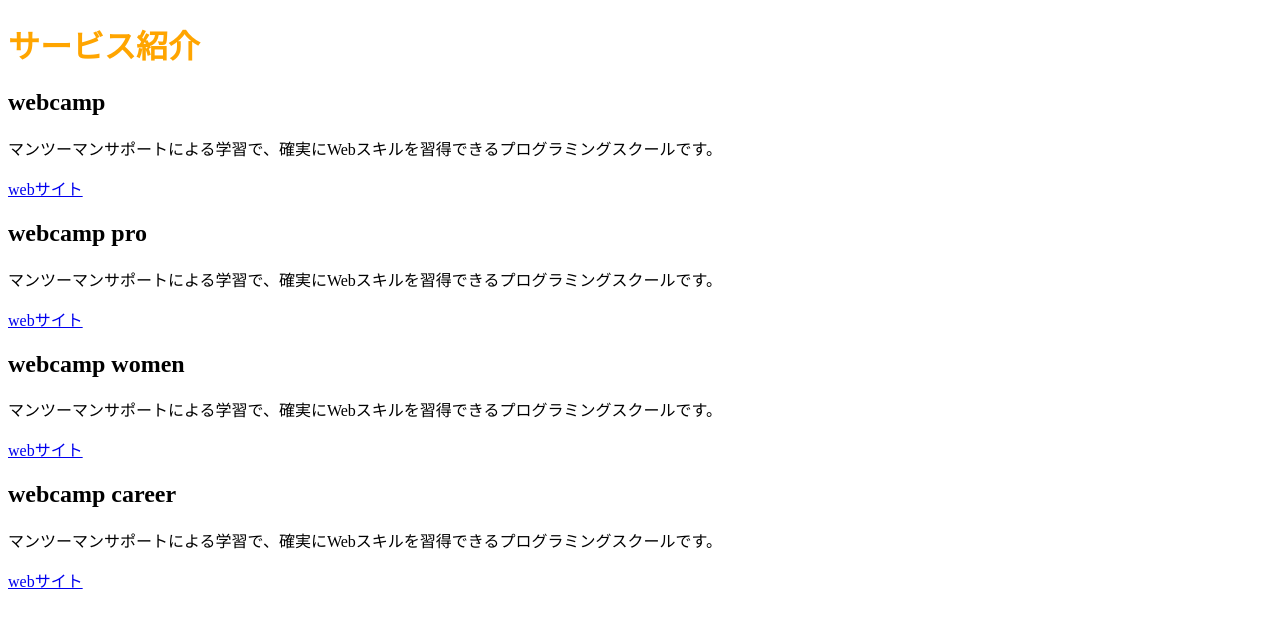
Repository: 220416/kadai1
Page: sample/chapter2Execise.html
The author's editor kept a record of every edit. The page is drawn from the files as they stood at one moment, then again after the next edit.
The browser window is 1280 px wide. The pictures show the whole page.

Above is the page before.

After the next edit:
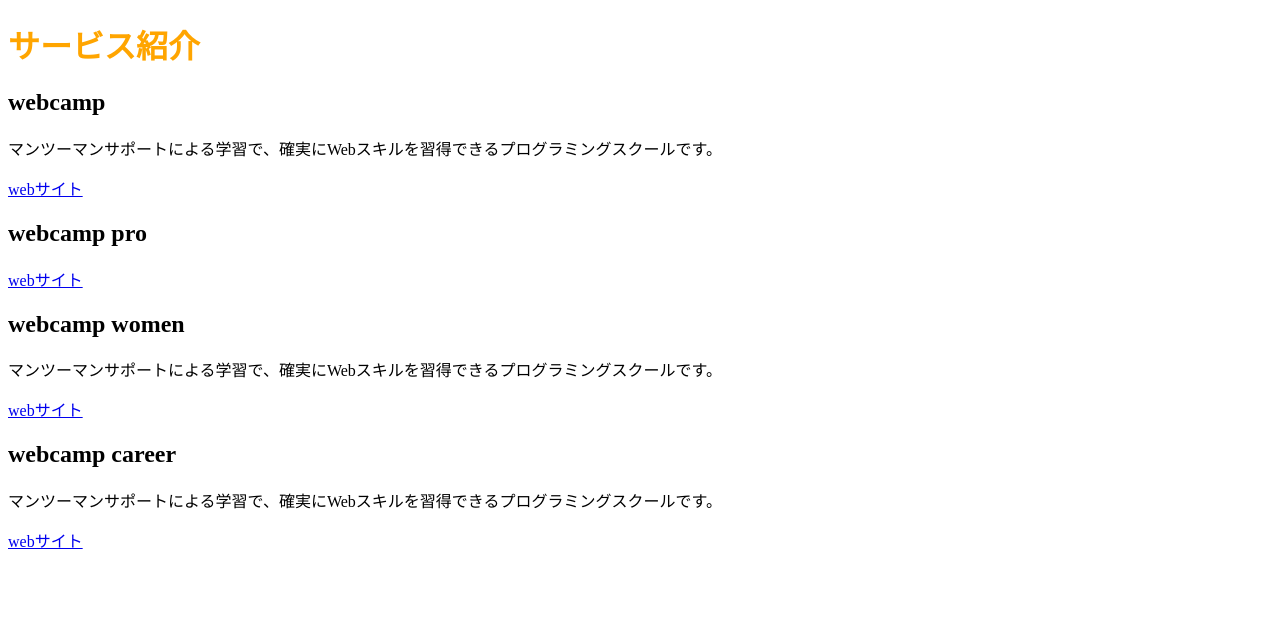
The edit:
--- a/sample/chapter2Execise.html
+++ b/sample/chapter2Execise.html
@@ -14,7 +14,7 @@
     <a href="#">webサイト</a>
 
     <h2>webcamp pro</h2>
-    <p>マンツーマンサポートによる学習で、確実にWebスキルを習得できるプログラミングスクールです。</p>
+    <p></p>
     <a href="#">webサイト</a>
 
     <h2>webcamp women</h2>
